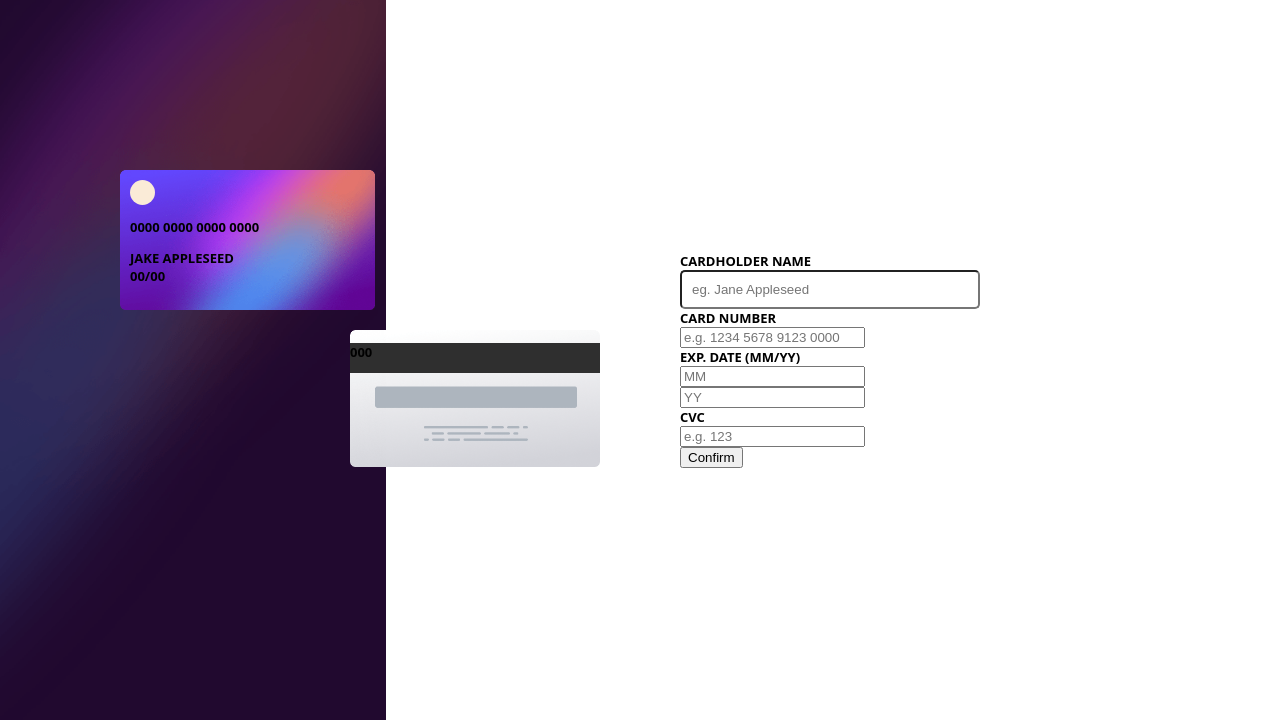
Repository: Celebration-cloud/my-project
Page: interactive-card-details-form-main/index.html
The author's editor kept a copy of each file at every save. The page is drawn from the files as they stood at one save, then again after a run of saves.
The browser window is 1280 px wide. The pictures show the whole page.

Above is the page before, as saved 2023-08-23 00:52:05.

After the next 2 saves:
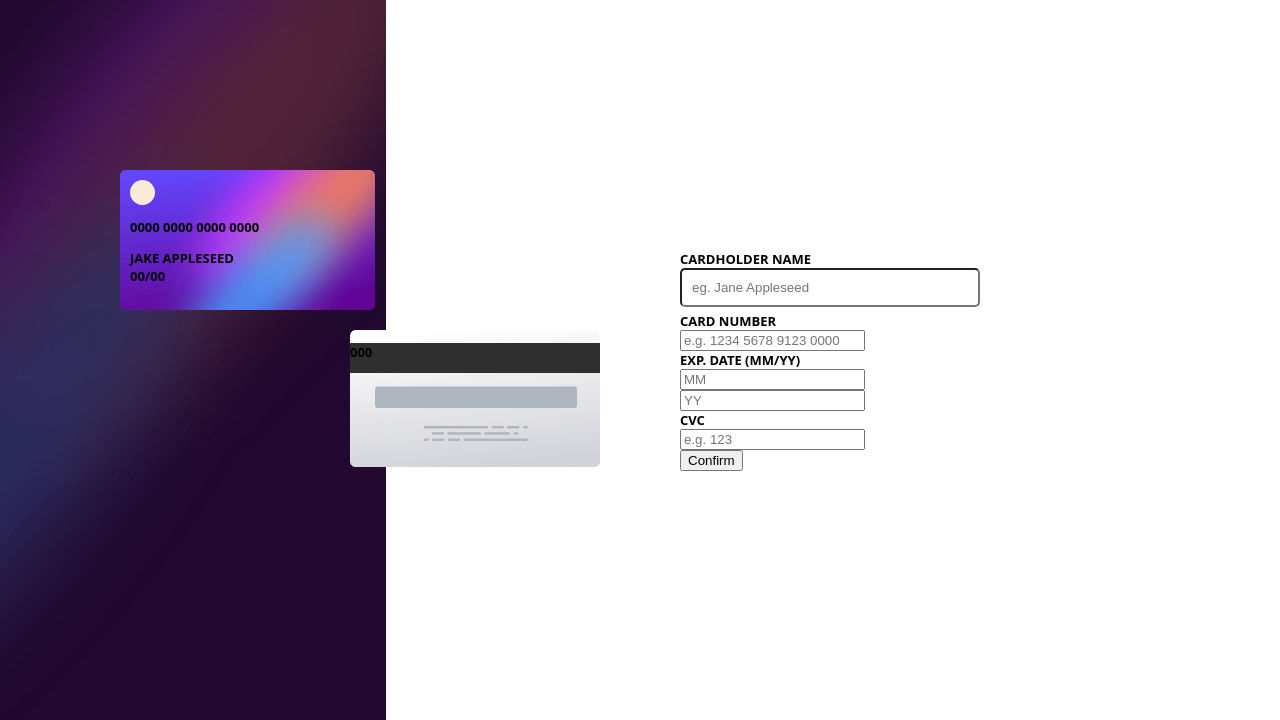
The 2 saves are shown as one change because they came seconds apart.
The last was saved 8 s later.
--- a/interactive-card-details-form-main/index.css
+++ b/interactive-card-details-form-main/index.css
@@ -75,7 +75,7 @@ body{
     padding: 10px;
     border-radius: 5px;
     width: 50%;
-    ma
+    margin-bottom: 5px;
 }
 #card-number-label{
 
